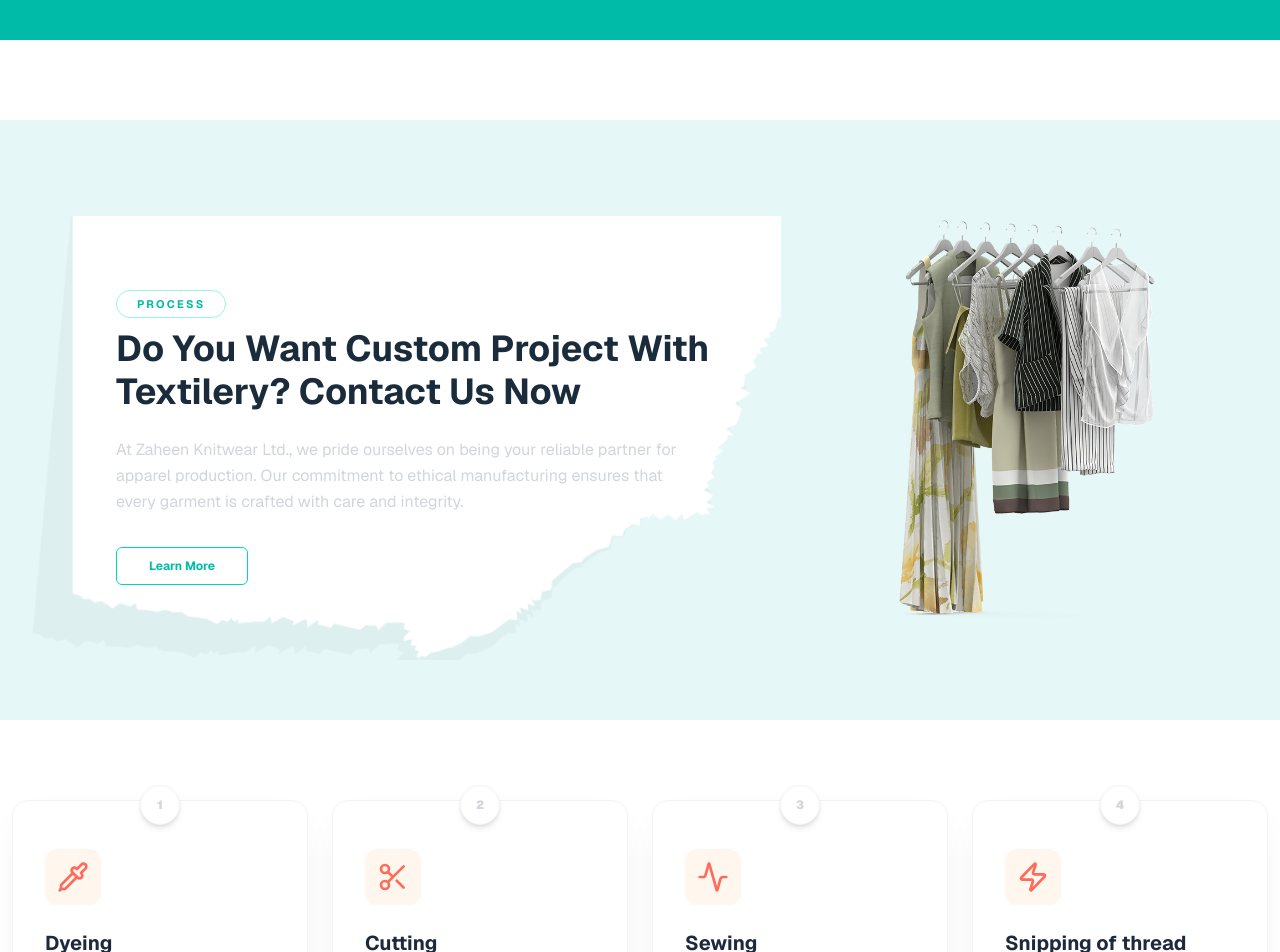
Repository: mdmuhibullahhabib/fullstack-assessment
Page: /
The author's editor kept a copy of each file at every save. The page is drawn from the files as they stood at one save, then again after a run of saves.
The browser window is 1280 px wide. The pictures show the part of the page from y = 670 to 1622 px (the page is 3145 px tall).
The project was rebuilt for these pictures with package versions that can differ from the ones it lists, and the page was loaded fresh each time. The framework's server and built-in components were replaced by stand-ins that run in the browser. Also part of the build but not shown: next.config.mjs.

Above is the page before, as saved 2025-12-27 10:31:56.

After the next 3 saves:
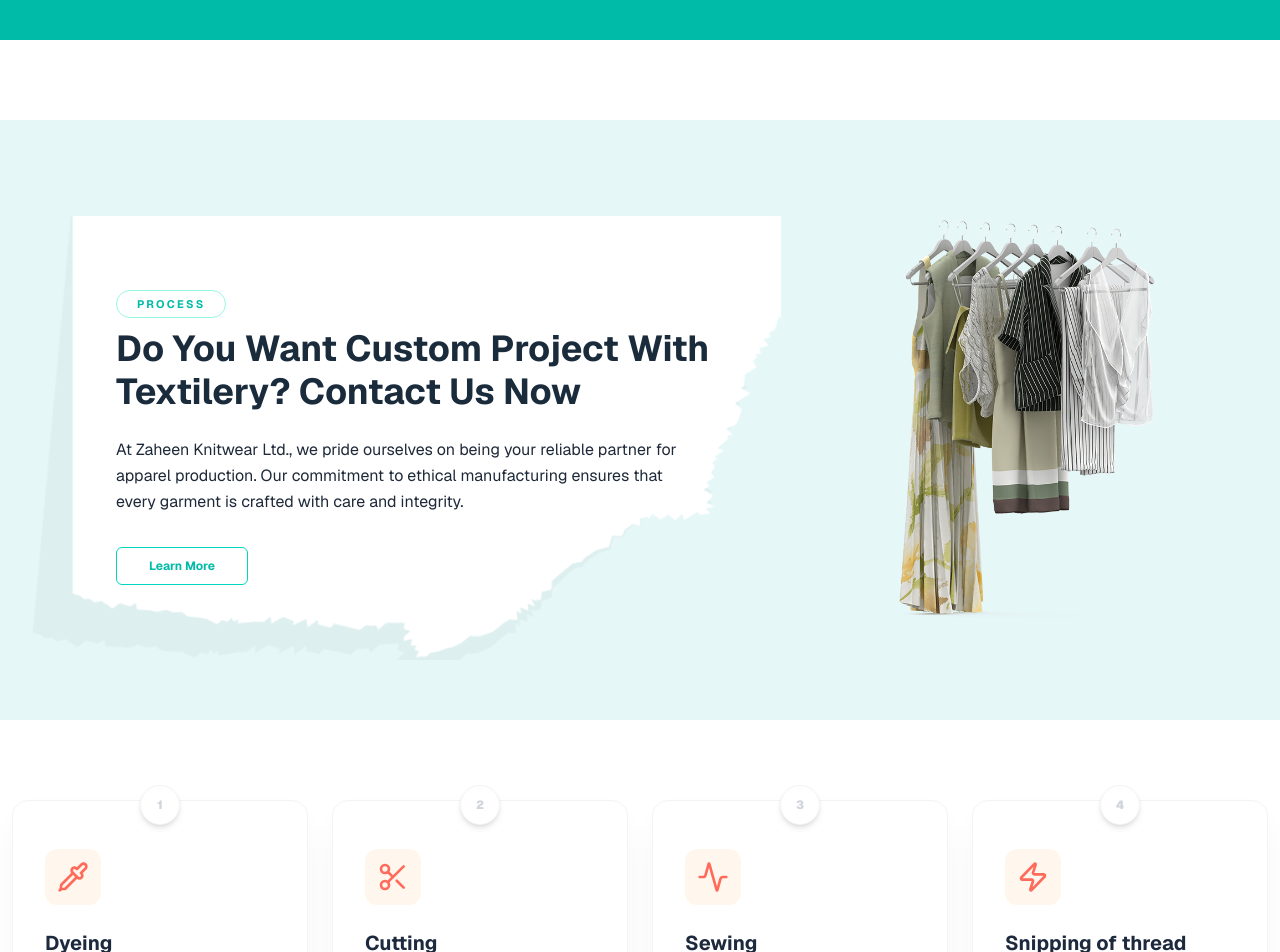
The 3 saves are shown as one change because they came seconds apart.
The last was saved 8 s later.
--- a/src/components/home/CustomProcess.jsx
+++ b/src/components/home/CustomProcess.jsx
@@ -44,7 +44,7 @@
                                 Do You Want Custom Project With Textilery? Contact Us Now
                             </h3>
 
-                            <p className="text-gray-300 text-sm md:text-base leading-relaxed max-w-xl mb-8">
+                            <p className="text-gray-800 text-sm md:text-base leading-relaxed max-w-xl mb-8">
                                 At Zaheen Knitwear Ltd., we pride ourselves on being your reliable partner for
                                 apparel production. Our commitment to ethical manufacturing ensures that
                                 every garment is crafted with care and integrity.
